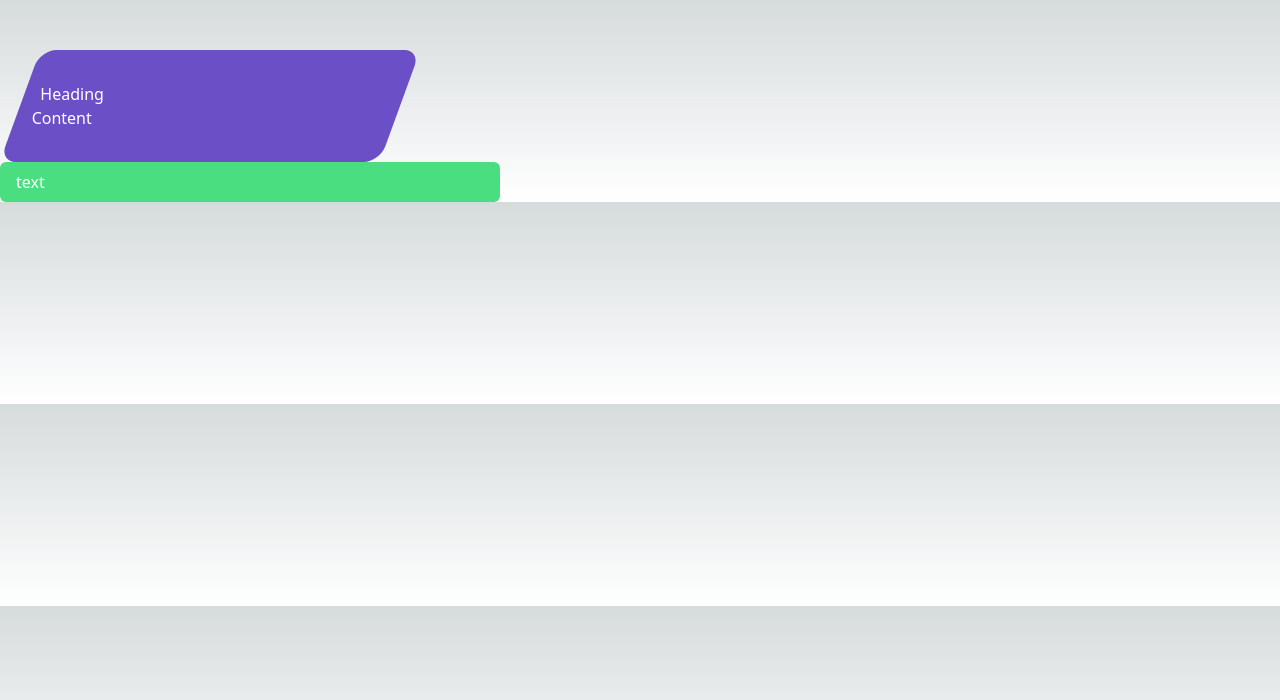
Repository: PreciousOritsedere/jasere-test
Page: /
These files come from the project's save history. The page is drawn as it stood at one moment and after the next save; the edit follows.
The browser window is 1280 px wide. The pictures show the whole page.
The project was rebuilt for these pictures with package versions that can differ from the ones it lists, and the page was loaded fresh each time. The framework's server and built-in components were replaced by stand-ins that run in the browser. Also part of the build but not shown: next.config.mjs.

Above is the page before, as saved 2024-03-26 14:37:47.

### src/pages/index.js
import Image from "next/image";

export default function Home() {
  return (
    <main className="max-w-[500px] w-full mt-[50px] flex flex-col items-startgap-2">
      <div className="parallelogram">
        <h3>Heading</h3>
        <p>Content</p>
      </div>

      <div className="bg-green-400 text-white px-4 py-2 rounded-md">text</div>
    </main>
  );
}

### src/styles/globals.css
@tailwind base;
@tailwind components;
@tailwind utilities;

:root {
  --foreground-rgb: 0, 0, 0;
  --background-start-rgb: 214, 219, 220;
  --background-end-rgb: 255, 255, 255;
}

@media (prefers-color-scheme: dark) {
  :root {
    --foreground-rgb: 255, 255, 255;
    --background-start-rgb: 0, 0, 0;
    --background-end-rgb: 0, 0, 0;
  }
}

body {
  color: rgb(var(--foreground-rgb));
  background: linear-gradient(
      to bottom,
      transparent,
      rgb(var(--background-end-rgb))
    )
    rgb(var(--background-start-rgb));
}

@layer utilities {
  .text-balance {
    text-wrap: balance;
  }
}

.parallelogram {
  background: #6b4fc6; /* Or use bg-purple-400 if you're using a utility-first CSS framework */
  color: white;
  padding: 16px; /* px-4 */
  padding-top: 32px; /* py-2, adjusted for the skew */
  padding-bottom: 32px; /* py-2, adjusted for the skew */
  transform: skew(-20deg);
  margin-left: 20px;
  margin-right: 100px; /* Adjusted for the skew to prevent text overflow */
  position: relative;
  overflow: hidden; /* Prevents the child elements from overflowing */
  border-radius: 16px;
}

.parallelogram h3,
.parallelogram p {
  transform: skew(20deg);
}

Loaded but not shown: src/pages/_app.js (common file); src/pages/_document.js (common file); tailwind.config.js (common file)

After the next save:
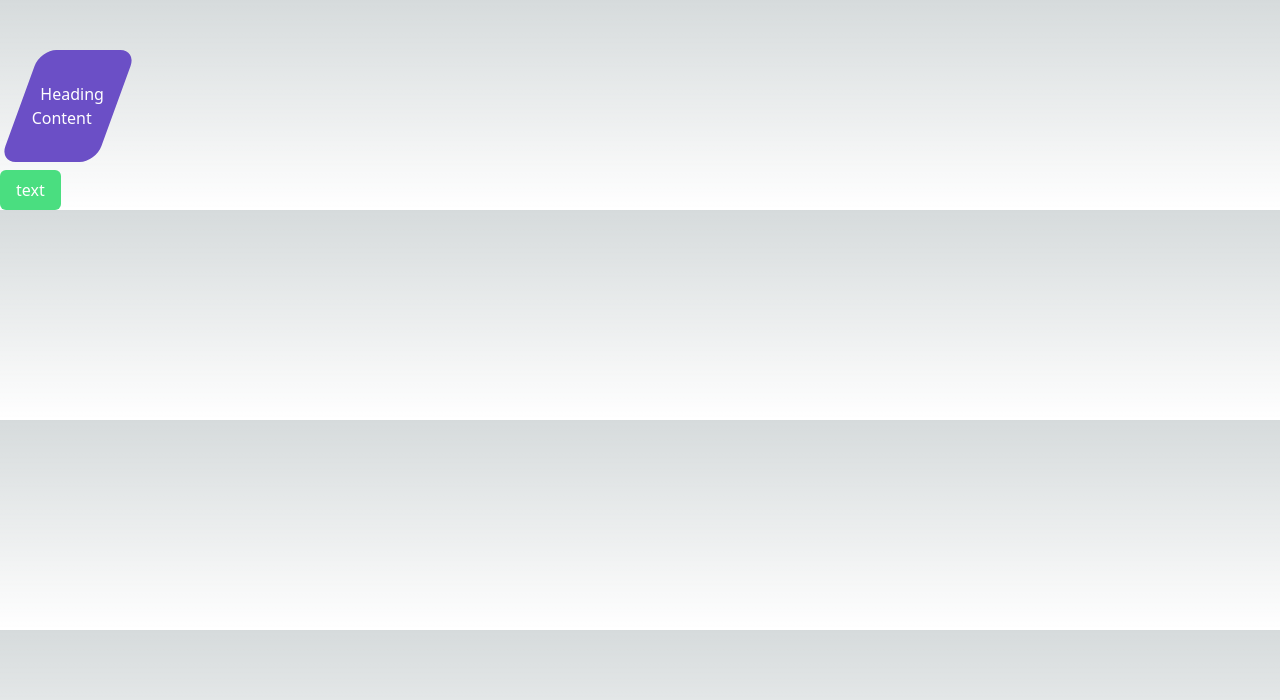
Saved 19 s later.
--- a/src/pages/index.js
+++ b/src/pages/index.js
@@ -2,7 +2,7 @@ import Image from "next/image";
 
 export default function Home() {
   return (
-    <main className="max-w-[500px] w-full mt-[50px] flex flex-col items-startgap-2">
+    <main className="max-w-[500px] w-full mt-[50px] flex flex-col items-start gap-2">
       <div className="parallelogram">
         <h3>Heading</h3>
         <p>Content</p>
